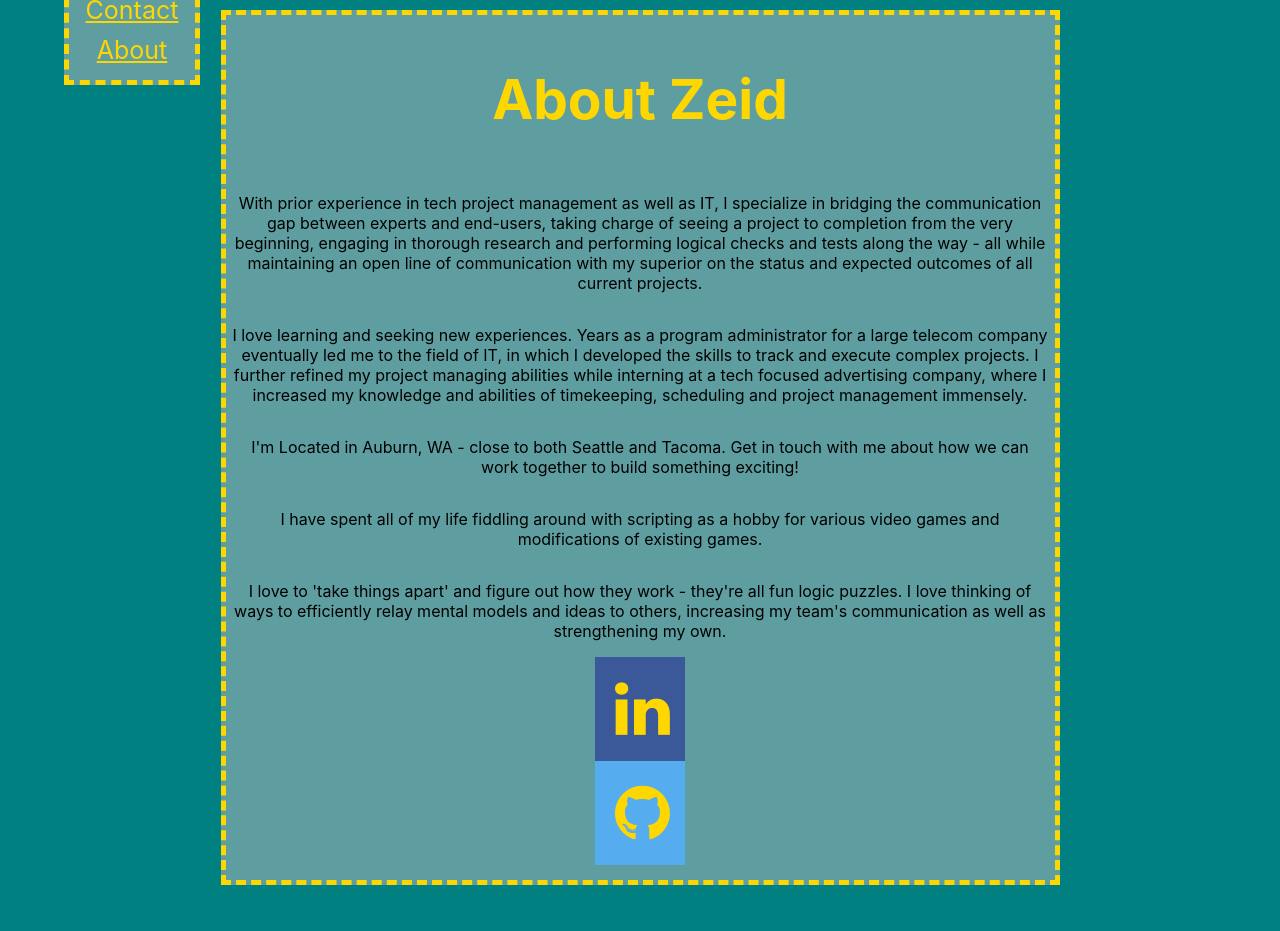
Repository: zeidalidiez/portfolioreact
Page: /About
These files come from the project's save history. The page is drawn as it stood at one moment and after the next save; the edit follows.
The browser window is 1280 px wide. The pictures show the whole page.
The project was rebuilt for these pictures with package versions that can differ from the ones it lists, and the page was loaded fresh each time. Also part of the build but not shown: src/components/Thumbnail.js, src/components/Projects.js, src/components/Contact.js.

Above is the page before, as saved 2021-02-08 18:57:27.

After the next save:
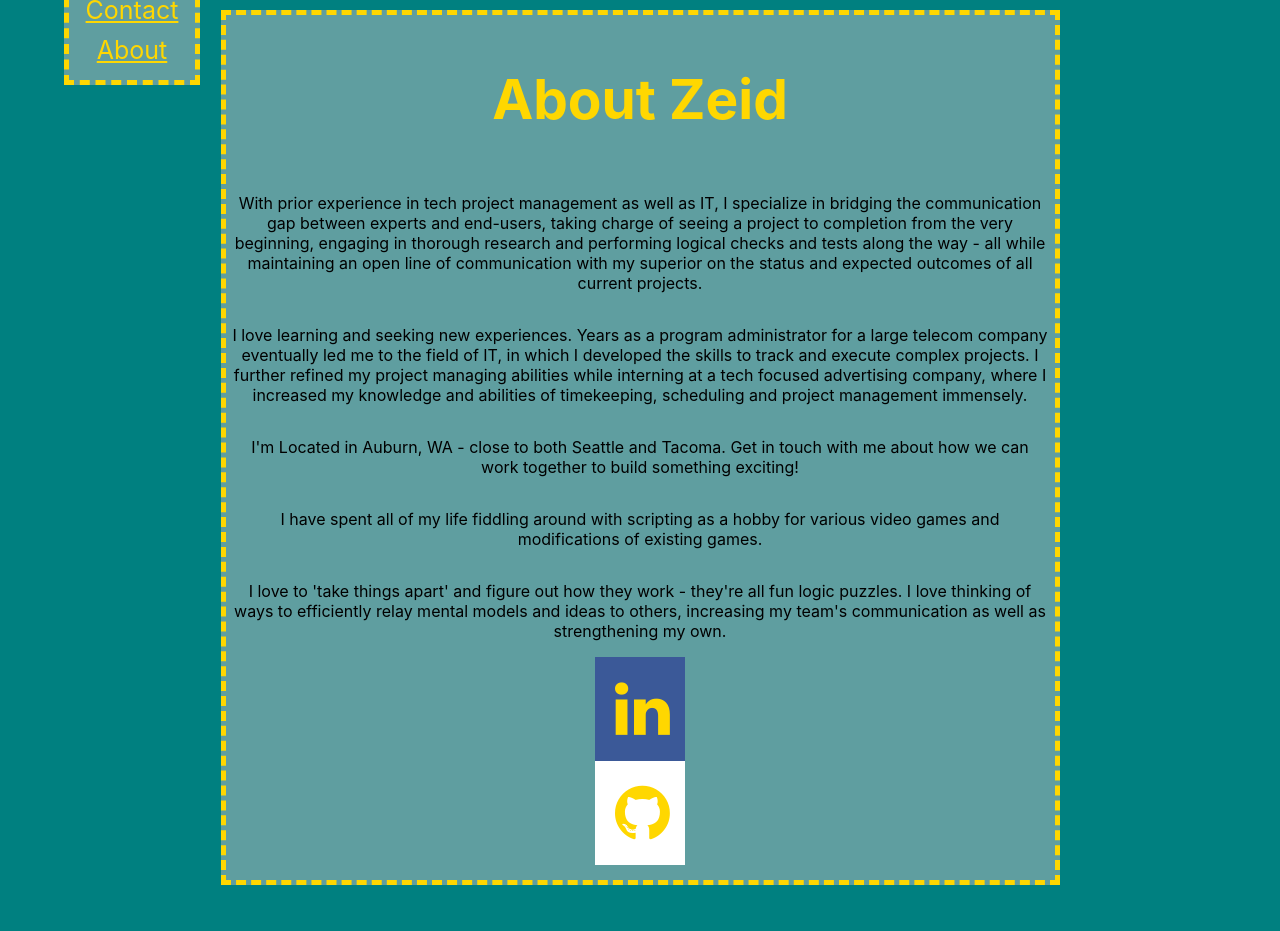
Saved 6 s later.
--- a/src/components/App.css
+++ b/src/components/App.css
@@ -154,7 +154,7 @@ form {
 
 /* github */
 .fa-github {
-  background: #55ACEE;
+  background: #ffffff;
   color: white;
 }
 
